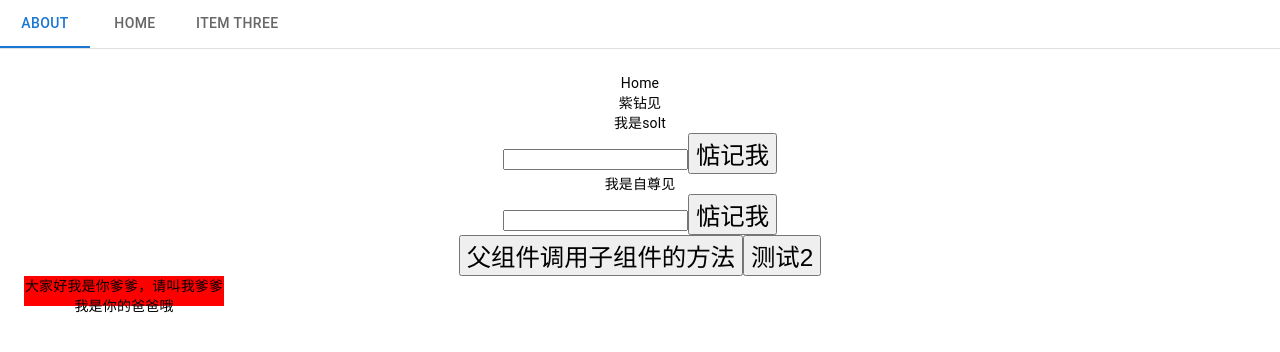
Repository: wupengwupeng/react-ts-vite
Page: /home
These files come from the project's save history. The page is drawn as it stood at one moment and after the next save; the edit follows.
The browser window is 1280 px wide. The pictures show the whole page.
The project was rebuilt for these pictures with package versions that can differ from the ones it lists, and the page was loaded fresh each time. Also part of the build but not shown: vite.config.ts, src/components/Test.tsx, src/components/TestTwo.tsx, src/components/count.tsx, src/page/about.tsx.

Above is the page before, as saved 2022-10-07 15:21:13.

### src/main.tsx
import React from "react";
import ReactDOM from "react-dom";
import { Provider } from 'react-redux';
import store from "./store/index";
import "./index.css";
import App from "./App";
import { BrowserRouter, Route, Routes } from "react-router-dom";
ReactDOM.render(
  <React.StrictMode>
    <BrowserRouter>
      <Provider store={store}>
        <App />
      </Provider>
    </BrowserRouter>
  </React.StrictMode>,
  document.getElementById("root")
);

### src/store/index.tsx
import { configureStore } from '@reduxjs/toolkit'
import counterReducer from './count'
export default configureStore({
  reducer: {
    counter: counterReducer,
  },
})

### src/App.tsx
import { useState } from "react";
import logo from "./logo.svg";
import "./App.css";
import { Outlet, Link, useRoutes, useParams } from "react-router-dom";
import routes from "./router";
function App() {
  let element = useRoutes(routes);
  return <div className="App">{element}</div>;
}

export default App;

### src/store/count.tsx
import { createSlice } from '@reduxjs/toolkit'

export const counterSlice = createSlice({
  name: 'counter',
  initialState: {
    value: 0,
  },
  reducers: {
    increment: (state) => {
      // Redux Toolkit allows us to write "mutating" logic in reducers. It
      // doesn't actually mutate the state because it uses the Immer library,
      // which detects changes to a "draft state" and produces a brand new
      // immutable state based off those changes
      state.value += 1
    },
    decrement: (state) => {
      state.value -= 1
    },
    incrementByAmount: (state, { payload }) => {
      console.log(payload);
      console.log(payload, "action");
      if (payload.type = 'add') {
        state.value += payload.payload
      }
    },
  },
})

// Action creators are generated for each case reducer function
export const { increment, decrement, incrementByAmount } = counterSlice.actions

export default counterSlice.reducer

### src/App.css
.App {
  text-align: center;
}

.App-logo {
  height: 40vmin;
  pointer-events: none;
}

@media (prefers-reduced-motion: no-preference) {
  .App-logo {
    animation: App-logo-spin infinite 20s linear;
  }
}

.App-header {
  background-color: #282c34;
  min-height: 100vh;
  display: flex;
  flex-direction: column;
  align-items: center;
  justify-content: center;
  font-size: calc(10px + 2vmin);
  color: white;
}

.App-link {
  color: #61dafb;
}

@keyframes App-logo-spin {
  from {
    transform: rotate(0deg);
  }
  to {
    transform: rotate(360deg);
  }
}

button {
  font-size: calc(10px + 2vmin);
}

.typing-card {
  width: 200px;
  height: 30px;
  background: red;
}

### src/router/index.tsx
import { Routes, Route } from "react-router-dom";
import type { RouteObject } from "react-router-dom";
import { LayOut } from "../layout";
import { About } from "../page/about";
import { Home } from "../page/home";
const routes: RouteObject[] = [
  {
    path: "/",
    element: <LayOut />,
    children: [
      {
        index: true,
        element: <About />,
      },
      {
        path: "/home",
        element: <Home />,
      },
    ],
  },
];

export default routes;

### src/layout/index.tsx
import { Outlet, Link } from "react-router-dom";
import BasicTabs from './nav/index'
export function LayOut() {
  return (
    <div>
      <BasicTabs />
    </div>
  );
}

### src/page/home.tsx
import Child from "@/components/child";
import ChildRef from "@/components/childRef";
import { useState, useRef } from "react";
import { TypingCard } from "@/components/TypingCard/index";
export function Home() {
  const [name, setName] = useState("WUPENG");
  const [age, setAge] = useState(12);
  const childRef: any = useRef();
  const cdRef: any = useRef();
  const innerRef: any = useRef();
  const source = "大家好我是你爹爹，请叫我爹爹我是你的爸爸哦";
  const emit = (val: any) => {
    console.log(val);
  };
  const openChildFun = () => {
    console.log(childRef, "childRef");
    childRef.current.test();
    console.log((childRef.current.ref.current.style.width = "10px"));

    console.log(childRef.current.name);
    console.log(cdRef.current, "cdRef");
    cdRef.current.style.color = "red";
  };
  const handerTest = () => {
    console.log(innerRef, "innerRef");
  };
  return (
    <div>
      Home
      <Child
        onRef={childRef}
        slot={<div>我是solt</div>}
        {...{ name, age }}
        emit={emit}
      />
      <ChildRef forwardRef={cdRef} innerRef={innerRef}></ChildRef>
      <button onClick={openChildFun}>父组件调用子组件的方法</button>
      <button onClick={handerTest}>测试2</button>
      <div className="typing-card">
        <TypingCard source={source}></TypingCard>
      </div>
    </div>
  );
}

### src/layout/nav/index.tsx
import * as React from 'react';
import Tabs from '@mui/material/Tabs';
import Tab from '@mui/material/Tab';
import Typography from '@mui/material/Typography';
import Box from '@mui/material/Box';

import { Outlet, Link, useNavigate } from "react-router-dom";


interface TabPanelProps {
    children?: React.ReactNode;
    index: number;
    value: number;
}

function TabPanel(props: TabPanelProps) {
    const { children, value, index, ...other } = props;
    console.log(props);

    return (
        <div
            role="tabpanel"
            hidden={value !== index}
            id={`simple-tabpanel-${index}`}
            aria-labelledby={`simple-tab-${index}`}
            {...other}
        >
            {value === index && (
                <Box sx={{ p: 3 }}>
                    <Typography component={'span'} variant={'body2'}>{children}</Typography>
                </Box>
            )}
        </div>
    );
}

function a11yProps(index: number) {
    return {
        id: `simple-tab-${index}`,
        'aria-controls': `simple-tabpanel-${index}`,
    };
}

export default function BasicTabs() {
    const [value, setValue] = React.useState(0);
    const nevicate = useNavigate();

    const handleChange = (event: React.SyntheticEvent, newValue: number) => {

        setValue(newValue);
        if (newValue === 1) {
            nevicate('/home')
        } else if (newValue === 2) {
            nevicate('/about')
        } else {
            nevicate('/')
        }
    };

    return (
        <Box sx={{ width: '100%' }}>
            <Box sx={{ borderBottom: 1, borderColor: 'divider' }}>
                <Tabs value={value} onChange={handleChange} aria-label="basic tabs example">
                    <Tab label="About" {...a11yProps(0)} />
                    <Tab label="Home" {...a11yProps(1)} />
                    <Tab label="Item Three" {...a11yProps(2)} />
                </Tabs>
            </Box>
            <TabPanel value={value} index={value}>
                <Outlet />
            </TabPanel>
        </Box>
    );
}

### src/components/child.tsx

import { useState, useRef, useImperativeHandle } from "react";
function child(props: any) {
  console.log(props, "sdfsdf");
  const [sex, setSex] = useState('男');
  const domRef: any = useRef();
  // 通过useImperativeHandle向外暴露一些ref能访问的属性和方法
  useImperativeHandle(props.onRef, () => {
    return {
      fu: fn,
      name: '张安',
      test: testFun,
      ref: domRef,
    }
  })
  const fn = () => {
    props.emit('wupeng');
  }
  const testFun = () => {
    console.log("给我执行方法");
  }
  return (
    <div>
      紫钻见
      {/* 类似vue中的v-slot 渲染slot中的dom节点 */}
      {props.slot}
      <input type="text" ref={domRef} />
      <button onClick={fn}>惦记我</button>
    </div>
  )
}

export default child;

### src/components/childRef.tsx

import { useState, forwardRef } from "react";
function childRef(propsS: any) {
  const [sex, setSex] = useState('男');
  const MyDiv = forwardRef((props, ref: any) => <div {...props} ref={ref}>我是自尊见</div>)
  const fn = () => {
    console.log("sdf");

  }
  const testFun = () => {
    console.log("给我执行方法");
  }
  return (
    <div>
      <MyDiv ref={propsS.forwardRef}></MyDiv>
      <input type="text" ref={propsS.innerRef} />
      <button onClick={fn}>惦记我</button>
    </div>
  )
}

export default childRef;

### src/components/TypingCard/index.tsx
import { useRef, useEffect } from "react";
import Typing from "@/utils/index";
export function TypingCard(props: any) {
  const { title, source } = props;

  const sourceEl: any = useRef();
  const outputEl: any = useRef();

  useEffect(() => {
    const typing = new Typing({
      source: sourceEl.current,
      output: outputEl.current,
      delay: 30,
    });
    typing.start();
  }, []);
  return (
    <div>
      <div
        style={{ display: "none" }}
        ref={sourceEl}
        dangerouslySetInnerHTML={{ __html: source }}
      />
      <div ref={outputEl} />
    </div>
  );
}

### src/utils/index.ts
class Typing {
  opts: any;
  source: any;
  output: any;
  delay: number;
  chain: any;
  constructor(opts: any) {
    this.opts = opts || {};
    this.source = opts.source;
    this.output = opts.output;
    this.delay = opts.delay || 120;
    this.chain = {
      parent: null,
      dom: this.output,
      val: [],
    };
    if (!(typeof this.opts.done === "function"))
      this.opts.done = function () {};
  }

  init() {
    //初始化函数
    this.chain.val = this.convert(this.source, this.chain.val);
  }

  convert(dom: HTMLElement, arr: any) {
    //将dom节点的子节点转换成数组，
    let children = Array.from(dom.childNodes);
    for (let i = 0; i < children.length; i++) {
      let node = children[i];
      if (node.nodeType === 3) {
        arr = arr.concat((node.nodeValue as string).split("")); //将字符串转换成字符串数组，后面打印时才会一个一个的打印
      } else if (node.nodeType === 1) {
        let val: any = [];
        val = this.convert(node as HTMLElement, val);
        arr.push({
          dom: node,
          val: val,
        });
      }
    }
    return arr;
  }

  print(dom: HTMLElement, val: any, callback: any) {
    setTimeout(function () {
      dom.appendChild(document.createTextNode(val));
      callback();
    }, this.delay);
  }

  play(ele: any) {
    //当打印最后一个字符时，动画完毕，执行done
    if (!ele.val.length) {
      if (ele.parent) this.play(ele.parent);
      else this.opts.done();
      return;
    }
    let current = ele.val.shift(); //获取第一个元素，同时删除数组中的第一个元素
    if (typeof current === "string") {
      this.print(ele.dom, current, () => {
        this.play(ele); //继续打印下一个字符
      });
    } else {
      let dom = current.dom.cloneNode(); //克隆节点，不克隆节点的子节点，所以不用加参数true
      ele.dom.appendChild(dom);
      this.play({
        parent: ele,
        dom,
        val: current.val,
      });
    }
  }

  start() {
    this.init();
    this.play(this.chain);
  }
}

export default Typing;

Loaded but not shown: index.html (common file); src/index.css (common file)

After the next save:
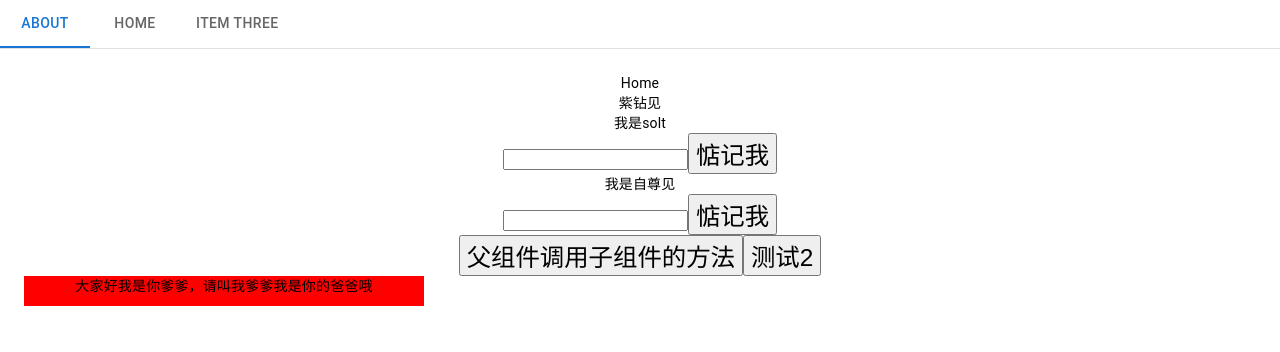
Saved 24 s later.
--- a/src/App.css
+++ b/src/App.css
@@ -42,7 +42,7 @@ button {
 }
 
 .typing-card {
-  width: 200px;
+  width: 400px;
   height: 30px;
   background: red;
 }
